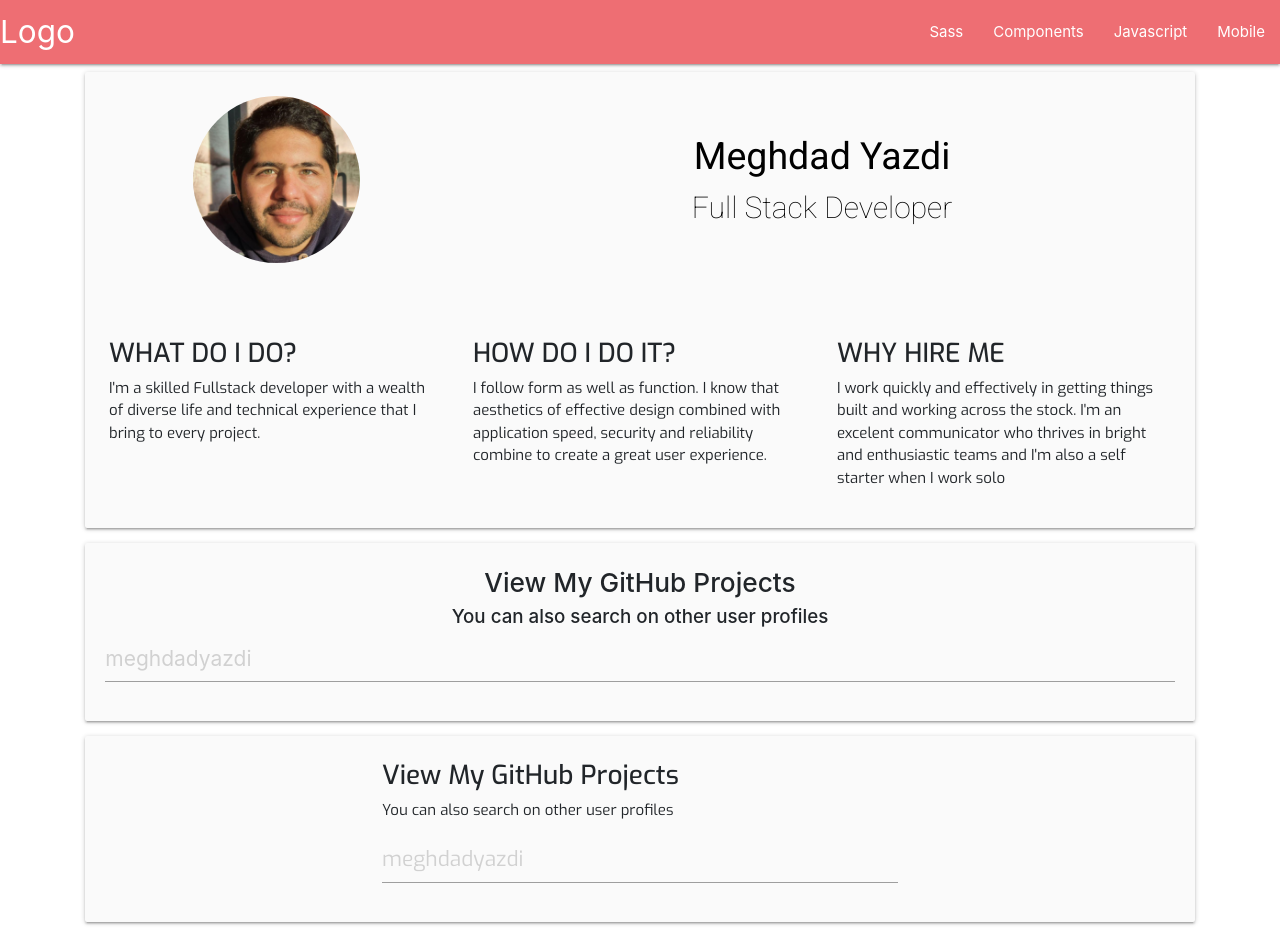
Repository: meghdadyazdi/SD_Res
Page: index.html
The author's editor kept a record of every edit. The page is drawn from the files as they stood at one moment, then again after the next edit.
The browser window is 1280 px wide. The pictures show the whole page.

Above is the page before.
Console error: ReferenceError: $ is not defined

### index.html
<!DOCTYPE html>
<html lang="en">
<head>
    <meta charset="UTF-8">
    <meta name="viewport" content="width=device-width, initial-scale=1.0">
    <meta http-equiv="X-UA-Compatible" content="ie=edge">
    <link rel="stylesheet" href="https://cdnjs.cloudflare.com/ajax/libs/materialize/1.0.0/css/materialize.min.css">
    <link rel="stylesheet" href="assets/style.css" type="text/css" />
    <link href="https://fonts.googleapis.com/css?family=Raleway:100,100i,200,200i,300,300i,400,400i,500,500i,600,600i,700,700i,800,800i,900,900i&display=swap&subset=latin-ext" rel="stylesheet">
    <link rel="stylesheet" href="https://stackpath.bootstrapcdn.com/bootstrap/4.4.1/css/bootstrap.min.css" integrity="sha384-Vkoo8x4CGsO3+Hhxv8T/Q5PaXtkKtu6ug5TOeNV6gBiFeWPGFN9MuhOf23Q9Ifjh" crossorigin="anonymous">
    <link href="https://fonts.googleapis.com/css?family=Roboto+Slab:400,700&display=swap" rel="stylesheet">
    <link href="https://fonts.googleapis.com/css?family=Dosis&display=swap" rel="stylesheet">
    <script type="text/javascript" src="assets/js/github-information.js"></script>
    <title>Meghdad Yazdi's Resume</title>
</head>
<body>



   <nav>
    <div class="nav-wrapper">
      <a href="#!" class="brand-logo">Logo</a>
      <a href="#" data-target="mobile-demo" class="sidenav-trigger"><i class="material-icons">menu</i></a>
      <ul class="right hide-on-med-and-down">
        <li><a href="sass.html">Sass</a></li>
        <li><a href="badges.html">Components</a></li>
        <li><a href="collapsible.html">Javascript</a></li>
        <li><a href="mobile.html">Mobile</a></li>
      </ul>
    </div>
    <ul class="sidenav" id="mobile-demo">
    <li><a href="sass.html">Sass</a></li>
    <li><a href="badges.html">Components</a></li>
    <li><a href="collapsible.html">Javascript</a></li>
    <li><a href="mobile.html">Mobile</a></li>
  </ul>
  </nav>


<section class="container">
        <div class="card-panel grey lighten-5 z-depth-1">
          <div class="row valign-wrapper">
            <div class="col-sm-4 center">
              <!--<div class="col my_img">-->
              <img src="assets/images/meghdad_res2.jpg" alt="" class="circle responsive-img center"> <!-- notice the "circle" class -->
            <!--</div>-->
            </div>
            <div class="col-sm-8">
              <div class="row">
              <div class="col s12 center">
              <span class="black-text name_font">
                Meghdad Yazdi
              </span>
              </div>
                <div class="col-sm-12 center">
                <span class="black-text my_font">
                Full Stack Developer
              </span>
              </div>
            </div>
            </div>
          </div>
          <div class="row">
            <div class="col-sm-6 col-md-4 text_font">
            <h3>WHAT DO I DO?</h3>
            <p>
              I'm a skilled Fullstack developer with a wealth of diverse life and technical experience that I bring to every project.
            </p>
            </div>
            <div class="col-sm-6 col-md-4 text_font">
              <h3>HOW DO I DO IT?</h3>
            <p>
              I follow form as well as function. I know that aesthetics of effective design combined with application speed, security and reliability combine to create a great user experience.
            </p>
            </div>
            <div class="col-sm-6 col-md-4 text_font">
              <h3>WHY HIRE ME</h3>
            <p>
              I work quickly and effectively in getting things built and working across the stock. I'm an excelent communicator who thrives in bright and enthusiastic teams and I'm also a self starter when I work solo
            </p>
            </div>
          </div>
        </div>
</section>

<section class="container">
        <div class="card-panel grey lighten-5 z-depth-1">

            <div class="row bg-color-contact">
            <div class="col">
                <h3 class="contact-heading uppercase text-center">View My GitHub Projects</h3>
                <h5 class="uppercase text-center">You can also search on other user profiles</h5>
                <div class="center-form">
                    <input type="text" id="gh-username" placeholder="meghdadyazdi" value="" oninput="fetchGitHubInformation()" />
                    <div id="gh-user-data"></div>
                    <div id="gh-repo-data"></div>
                </div>
            </div>
        </div>
        </div>
</section>

<section class="container">
        <div class="card-panel grey lighten-5 z-depth-1">
            <div class="row bg-color-contact">

              <div class="col-md-6 offset-md-3 center-form text_font">
              <h3>View My GitHub Projects</h3>
            <p>
              You can also search on other user profiles
            </p>

            </div>
            <div class="col-md-6 offset-md-3 center-form text_font">
                    <input type="text" id="gh-username" placeholder="meghdadyazdi" value="" oninput="fetchGitHubInformation()" />
                    <div id="gh-user-data"></div>
                    <div id="gh-repo-data"></div>
              </div>
        </div>
        </div>
</section>












</body>
<script src="https://cdnjs.cloudflare.com/ajax/libs/jquery/3.4.1/jquery.min.js" integrity="sha256-CSXorXvZcTkaix6Yvo6HppcZGetbYMGWSFlBw8HfCJo=" crossorigin="anonymous"></script>
<script src="https://cdnjs.cloudflare.com/ajax/libs/materialize/1.0.0/js/materialize.min.js"></script>
<script type="text/javascript" src="assets/js/jquery.js"></script>
</html>

### assets/style.css
@import url('https://fonts.googleapis.com/css?family=Roboto:100,200,300,400,500,600,700|Exo:100,200,300,400,500,600,700');


.row .col.m2 {
    width: 50%;
    margin: 0;
}
.row .col.s12 {
    width: 50%;
    margin: 0;
}
.card-panel{
    position: relative;
}
.dark-bg{
    background-color: #676767;
}
.center {
  display: block;
  margin-left: auto;
  margin-right: auto;
  width: 50%;
}

img.responsive-img, video.responsive-video {
    max-width: 50%;
    /*position: absolute;*/
    /*top: 50%;*/
    /*left: 50%;*/
    /*margin-right: -50%;*/
    /*transform: translate(-50%, -50%)*/
}
.name_font{
    /*font-family: 'Dosis', sans-serif;*/
    font-family: "Roboto", sans-serif;
    font-size: 2.5rem;
    font-weight: 400;
    text-align: center;
}
.my_font{
    /*font-family: 'Dosis', sans-serif;*/
    font-family: "Roboto", sans-serif;
    font-size: 2rem;
    /*text-align: center;*/
    font-weight: 100;
}
.text_font{
    /*font-family: 'Dosis', sans-serif;*/
    font-family: "Exo", sans-serif;
    font-size: 1rem;
    /*text-align: center;*/
    font-weight: 400;
}
.row{
    margin: 0;
}

.m0{
  margin: 0 !important;
}

.p0{
  padding: 0 !important;
}

.row .col-sm-6{
  margin-top: 5rem;
}

a:hover {
    color: #fff !important;
    text-decoration: none !important;
}






#search-area {
  display: block;
  max-width: 70%;
  margin: 0 auto;
  background: #fff;
  padding: 15px 25px;
  -webkit-box-shadow: 1px 2px 3px -1px rgba(0, 0, 0, 0.4);
  -moz-box-shadow: 1px 2px 3px -1px rgba(0, 0, 0, 0.4);
  box-shadow: 1px 2px 3px -1px rgba(0, 0, 0, 0.4);
  -webkit-border-radius: 4px;
  -moz-border-radius: 4px;
  border-radius: 4px;
}

#gh-api-data {
  display: block;
  padding: 25px 0;
}

#loader {
  display: block;
  width: 200px;
  height: 200px;
  margin: 0 auto;
}


/* page content styles */

.small-name {
  font-size: 0.75em;
  color: #a9a9a9;
  font-style: italic;
}

.avi {
  float: left;
  margin-right: 7px;
  margin-bottom: 7px;
}

.avi img {
  border: 1px solid #ccc;
  padding: 3px;
}

.repo-list {
  display: block;
  clear: both;
  width: 100%;
}

.repo-list ul {
  font-size: 1.2em;
}

.repo-list ul li {
  display: block;
}

.repo-list ul li a {
  font-weight: bold;
  padding: 6px 9px;
  display: block;
  float: left;
  margin-right: 10px;
  margin-bottom: 10px;
  text-decoration: none;
  border: 1px solid #356492;
  -webkit-border-radius: 3px;
  -moz-border-radius: 3px;
  border-radius: 3px;
  color: #fff;
  background-color: #3673af;
  background-image: -webkit-gradient(linear, left top, left bottom, from(#5597d8), to(#3673af));
  background-image: -webkit-linear-gradient(top, #5597d8, #3673af);
  background-image: -moz-linear-gradient(top, #5597d8, #3673af);
  background-image: -ms-linear-gradient(top, #5597d8, #3673af);
  background-image: -o-linear-gradient(top, #5597d8, #3673af);
  background-image: linear-gradient(top, #5597d8, #3673af);
}

.repo-list ul li a:hover {
  background-color: #396895;
  background-image: -webkit-gradient(linear, left top, left bottom, from(#4b87c2), to(#396895));
  background-image: -webkit-linear-gradient(top, #4b87c2, #396895);
  background-image: -moz-linear-gradient(top, #4b87c2, #396895);
  background-image: -ms-linear-gradient(top, #4b87c2, #396895);
  background-image: -o-linear-gradient(top, #4b87c2, #396895);
  background-image: linear-gradient(top, #4b87c2, #396895);
}

.repo-list ul li a:active {
  -webkit-box-shadow: inset 0 3px 5px rgba(0, 0, 0, 0.25);
  -moz-box-shadow: inset 0 3px 5px rgba(0, 0, 0, 0.25);
  box-shadow: inset 0 3px 5px rgba(0, 0, 0, 0.25);
}

.repo-list ul li a span {
  font-family: "Courier New", Courier, "Lucida Typewriter", monospace;
  font-size: 0.9em;
}

/* input field */

#gh-username {
  display: block;
  padding: 0;
  font-size: 1.4em;
  color: #666;
  /*max-width: 550px;*/
  margin-bottom: 15px;
}


#gh-submit {
  display: inline-block;
  padding: 8px 18px;
  font-size: 14px;
  font-weight: bold;
  color: #444;
  text-decoration: none;
  text-shadow: 0 1px 0 rgba(255, 255, 255, 0.8);
  background-color: #eaeaea;
  background-image: -webkit-linear-gradient(#fafafa, #eaeaea);
  background-image: -moz-linear-gradient(#fafafa, #eaeaea);
  background-image: -ms-linear-gradient(top, #fafafa, #eaeaea);
  background-image: -o-linear-gradient(top, #fafafa, #eaeaea);
  background-image: linear-gradient(#fafafa, #eaeaea);
  border-radius: 3px;
  border: 1px solid #ddd;
  border-bottom-color: #c5c5c5;
  -webkit-box-shadow: 0 1px 3px rgba(0, 0, 0, 0.05);
  -moz-box-shadow: 0 1px 3px rgba(0, 0, 0, 0.05);
  box-shadow: 0 1px 3px rgba(0, 0, 0, 0.05);
}

#gh-submit:hover {
  background-color: #dadada;
  background-image: -webkit-linear-gradient(#eaeaea, #dadada);
  background-image: -moz-linear-gradient(#eaeaea, #dadada);
  background-image: -ms-linear-gradient(top, #eaeaea, #dadada);
  background-image: -o-linear-gradient(top, #eaeaea, #dadada);
  background-image: linear-gradient(#eaeaea, #dadada);
  border-color: #ccc #ccc #b5b5b5;
}

#gh-submit:active {
  background-color: #dadada;
  background-image: none;
  border-color: #b5b5b5;
  -webkit-box-shadow: inset 0 3px 5px rgba(0, 0, 0, 0.25);
  -moz-box-shadow: inset 0 3px 5px rgba(0, 0, 0, 0.25);
  box-shadow: inset 0 3px 5px rgba(0, 0, 0, 0.25);
}

### assets/js/github-information.js
function userInformationHTML(user) {
    return `
        <h2>${user.name}
            <span class="small-name">
                (@<a href="${user.html_url}" target="_blank">${user.login}</a>)
            </span>
        </h2>
        <div class="gh-content">
            <div class="gh-avatar">
                <a href="${user.html_url}" target="_blank">
                    <img src="${user.avatar_url}" width="80" height="80" alt="${user.login}" />
                </a>
            </div>
            <p>Followers: ${user.followers} - Following ${user.following} <br> Repos: ${user.public_repos}</p>
        </div>`;
}

function repoInformationHTML(repos) {
    if (repos.length == 0) {
        return `<div class="clearfix repo-list">No repos!</div>`;
    }

    var listItemsHTML = repos.map(function(repo) {
        return `<li>
                    <a href="${repo.html_url}" target="_blank">${repo.name}</a>
                </li>`;
    });

    return `<div class="clearfix repo-list">
                <p>
                    <strong>Repo List:</strong>
                </p>
                <ul>
                    ${listItemsHTML.join("\n")}
                </ul>
            </div>`;
}

function fetchGitHubInformation(event) {
    $("#gh-user-data").html("");
    $("#gh-repo-data").html("");

    var username = $("#gh-username").val();
    if (!username) {
        $("#gh-user-data").html(`<h6>Please enter a GitHub username</h6>`);
        return;
    }

    $("#gh-user-data").html(
        `<div id="loader">
            <img src="images/loader.gif" alt="loading..." />
        </div>`);

    $.when(
        $.getJSON(`https://api.github.com/users/${username}`),
        $.getJSON(`https://api.github.com/users/${username}/repos`)
    ).then(
        function(firstResponse, secondResponse) {
            var userData = firstResponse[0];
            var repoData = secondResponse[0];
            $("#gh-user-data").html(userInformationHTML(userData));
            $("#gh-repo-data").html(repoInformationHTML(repoData));
        },
        function(errorResponse) {
            if (errorResponse.status === 404) {
                $("#gh-user-data").html(
                    `<h2>No info found for user ${username}</h2>`);
            } else if (errorResponse.status === 403) {
                var resetTime = new Date(errorResponse.getResponseHeader('X-RateLimit-Reset') * 1000);
                $("#gh-user-data").html(`<h4>Too many requests, please wait until ${resetTime.toLocaleTimeString()}</h4>`);
            }
            else {
                console.log(errorResponse);
                $("#gh-user-data").html(
                    `<h2>Error: ${errorResponse.responseJSON.message}</h2>`);
            }
        });
}

$(document).ready(fetchGitHubInformation);

Loaded but not shown: assets/js/jquery.js (no copy from this time; the picture is the same without it)

After the next edit:
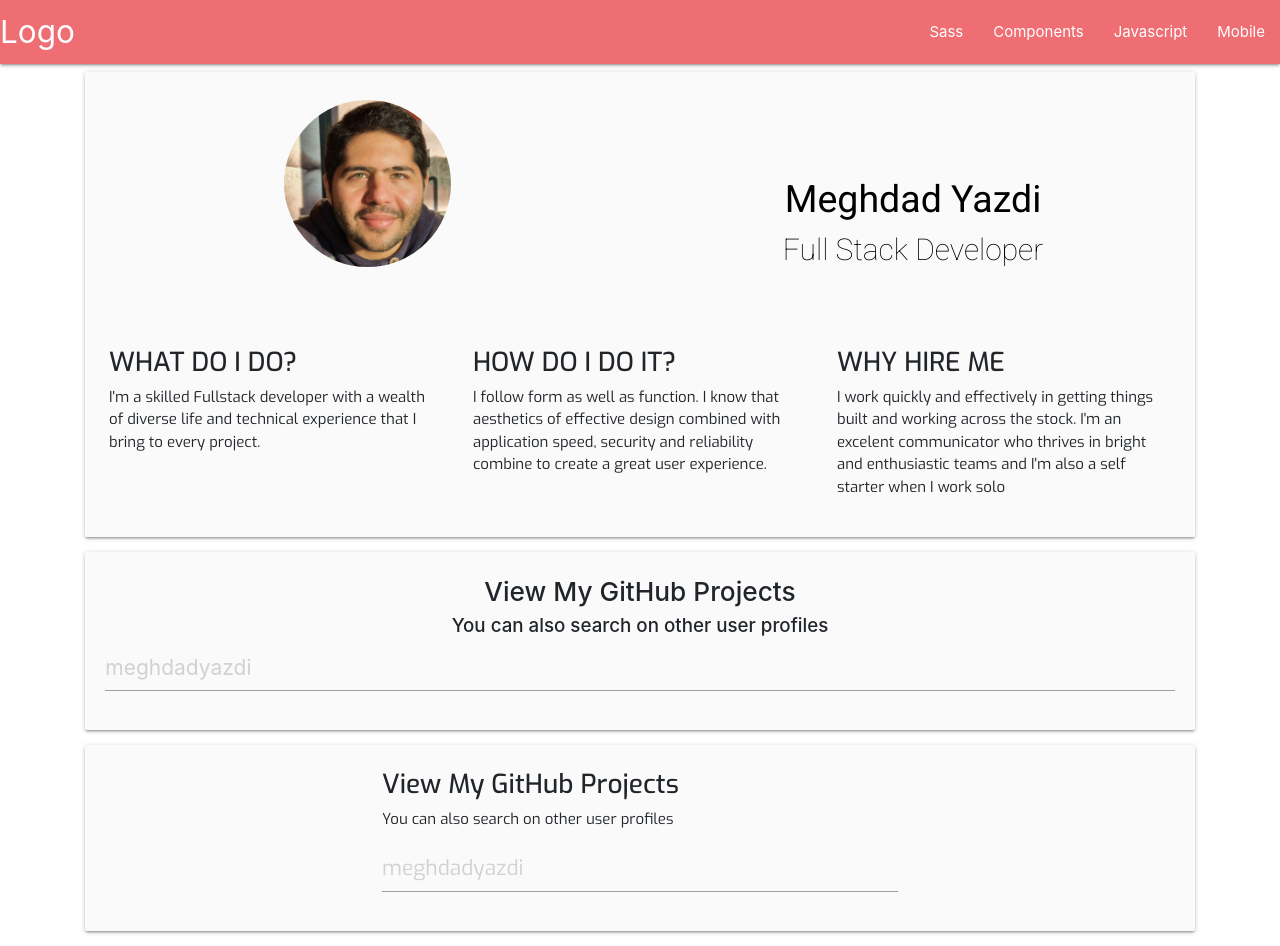
The edit:
--- a/index.html
+++ b/index.html
@@ -45,7 +45,7 @@
               <img src="assets/images/meghdad_res2.jpg" alt="" class="circle responsive-img center"> <!-- notice the "circle" class -->
             <!--</div>-->
             </div>
-            <div class="col-sm-8">
+            <div class="col-sm-6">
               <div class="row">
               <div class="col s12 center">
               <span class="black-text name_font">
